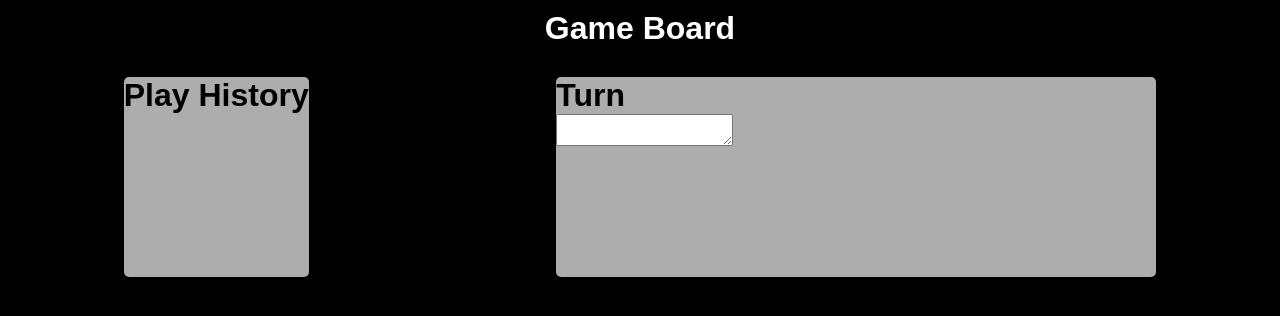
Repository: programmer686/Mastermind-with-Next.js
Page: /, after clicking the first element matching `button.StartScreen_51d34_startscreen__play_button`
These files come from the project's save history. The page is drawn as it stood at one moment and after the next save; the edit follows.
The browser window is 1280 px wide. The pictures show the whole page.
The project was rebuilt for these pictures with package versions that can differ from the ones it lists, and the page was loaded fresh each time. The framework's server and built-in components were replaced by stand-ins that run in the browser. Also part of the build but not shown: next.config.js, src/styles/StartScreen.module.css.

Above is the page before, as saved 2023-07-15 20:05:15.

### src/pages/index.js

import Head from 'next/head'
import Image from 'next/image'
import { Inter } from 'next/font/google'
import styles from '@/styles/Home.module.css'
import StartScreen from '@/comps/StartScreen'
import { useState } from 'react'
import GameBoard from '@/comps/GameBoard'

const inter = Inter({ subsets: ['latin'] })

export default function Home() {
  const [startGame, setStartGame] = useState(true);

  function handleStart() {
    setStartGame(prev => prev ? prev == false : prev == prev);
  }
  return (
    <>
      <Head>
        <title>Create Next App</title>
        <meta name="description" content="Generated by create next app" />
        <meta name="viewport" content="width=device-width, initial-scale=1" />
        <link rel="icon" href="/favicon.ico" />
      </Head>
     <main className={styles.index__body}>
        {startGame ? <StartScreen handleStart={handleStart}/> : <GameBoard/>}
     </main>
    </>
  )
}

### src/styles/Home.module.css


.index__body {
  margin: 0;
  padding: 0;
  box-sizing: border-box;
  width: 100vw;
  height: 100vh;
  background-color: black;
}

### src/comps/StartScreen.js
import styles from '@/styles/StartScreen.module.css'

export default function StartScreen(props) {
    return (
        <main className={styles.startscreen__body}>
            <p className={styles.startscreen__game_name}>Mastermind Game</p>
            <button onClick={props.handleStart} className={styles.startscreen__play_button}>Play Game</button>
        </main>
    )
}

### src/comps/GameBoard.js
import styles from '@/styles/GameBoard.module.css'
import PastPlay from './PastPlay'
import GamePlay from './GamePlay'
import { useState } from 'react'
import StartScreen from './StartScreen'

export default function GameBoard() {
    const [userInput, setUserInput] = useState("")
    const [toManyCharacters, setToManyCharacters] = useState(false);
    function handleInput(e) {
        let {value} = e.target
        if (value.length > 4) {
            setToManyCharacters(true)
            e.target = "";

        }
    }


console.log(toManyCharacters)
    return (
        <main>
            <div className={styles.GameBoard__header}>
                <h1 className={styles.GameBoard__name}>Game Board</h1>
            </div>
            <div className={styles.GameBoard__body}>
                <PastPlay/>
                <GamePlay handleInput={handleInput} toManyCharacters={toManyCharacters}/>
            </div>
        </main>
    )
}

### src/styles/GameBoard.module.css
.GameBoard__header {
    width: 100%;
    padding: 10px 0px;
    text-align: center;
}

.GameBoard__body {
    width: 100%;
    padding: 20px 0px;
    display: flex;
    justify-content: space-around;
    align-items: center;
}

.GameBoard__name {
    font-weight: bolder;
    font-family: Arial, Helvetica, sans-serif;
    color: white;
}

.GameBoard__tomany {
    font-weight: 700;
    font-weight: bolder;
    font-family: Arial, Helvetica, sans-serif;
    color: red;
}

### src/comps/PastPlay.js
import styles from '@/styles/PastPlay.module.css'

export default function PastPlay() {
    return (
        <main className={styles.PastPlay__board}>
            <h1 className={styles.PastPlay__name}>Play History</h1>
        </main>
    )
}

### src/comps/GamePlay.js
import styles from '@/styles/GamePlay.module.css'

export default function GamePlay(props) {
    return (
        <main className={styles.GamePlay__board }>
            <h1 className={styles.GamePlay__title}>Turn</h1>
            <textarea onChange={props.handleInput}/>
            {props.toManyCharacters ? <p className={styles.GamePlay__error}>To many characters</p> : <></>}
        </main>
    )
}

### src/styles/PastPlay.module.css
.PastPlay__board {
    max-width: 300px;
    border-radius: 5px;

    min-height: 200px;
    background: rgb(173, 173, 173);
}


.PastPlay__name {
    font-weight: bolder;
    font-family: Arial, Helvetica, sans-serif;
    color: black;
}

### src/styles/GamePlay.module.css
.GamePlay__board {
    width: 600px;
    border-radius: 5px;
    min-height: 200px;
    background: rgb(173, 173, 173);
}

.GamePlay__title {
    font-weight: bolder;
    font-family: Arial, Helvetica, sans-serif;
    color: black;
}

.GamePlay__error {
    font-size: 14px;
    font-weight: bolder;
    font-family: Arial, Helvetica, sans-serif;
    color: red;
}

Loaded but not shown: src/pages/_app.js (common file); src/pages/_document.js (common file); src/styles/globals.css (common file)

After the next save:
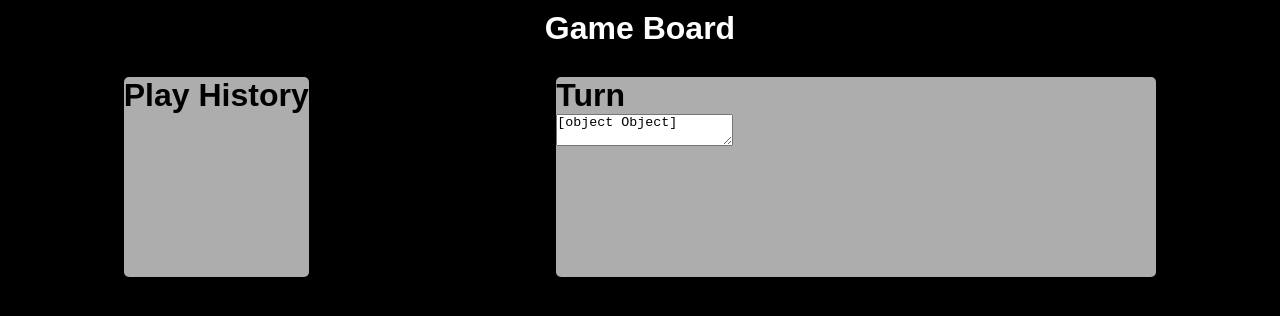
Saved 79 s later.
--- a/src/comps/GamePlay.js
+++ b/src/comps/GamePlay.js
@@ -4,7 +4,7 @@
     return (
         <main className={styles.GamePlay__board }>
             <h1 className={styles.GamePlay__title}>Turn</h1>
-            <textarea onChange={props.handleInput}/>
+            <textarea onChange={props.handleInput} value={props.toManyCharacters ? "" : <></>}/>
             {props.toManyCharacters ? <p className={styles.GamePlay__error}>To many characters</p> : <></>}
         </main>
     )

After the 3 saves that followed:
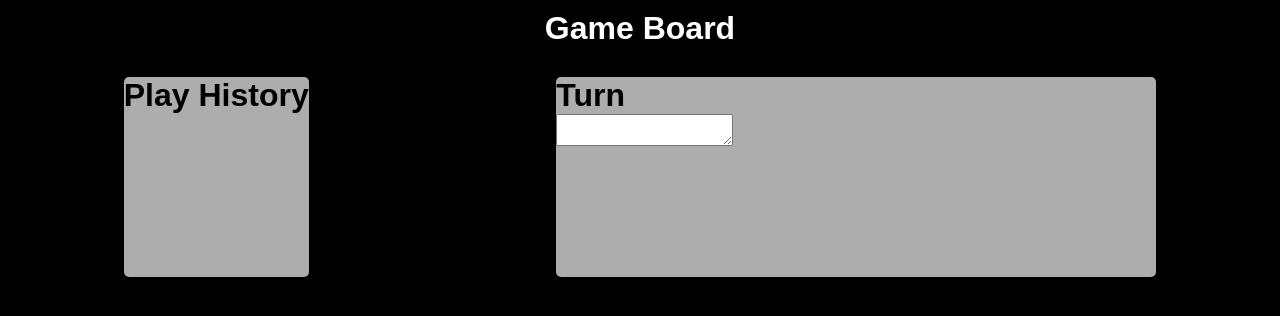
The 3 saves are shown as one change because 2 left the picture as it was.
The last was saved 42 s later.
--- a/src/comps/GameBoard.js
+++ b/src/comps/GameBoard.js
@@ -8,10 +8,10 @@ export default function GameBoard() {
     const [userInput, setUserInput] = useState("")
     const [toManyCharacters, setToManyCharacters] = useState(false);
     function handleInput(e) {
-        let {value} = e.target
+        const {value} = e.target
         if (value.length > 4) {
             setToManyCharacters(true)
-            e.target = "";
+
 
         }
     }
--- a/src/comps/GamePlay.js
+++ b/src/comps/GamePlay.js
@@ -4,7 +4,7 @@
     return (
         <main className={styles.GamePlay__board }>
             <h1 className={styles.GamePlay__title}>Turn</h1>
-            <textarea onChange={props.handleInput} value={props.toManyCharacters ? "" : <></>}/>
+            <textarea onChange={props.handleInput}/>
             {props.toManyCharacters ? <p className={styles.GamePlay__error}>To many characters</p> : <></>}
         </main>
     )
